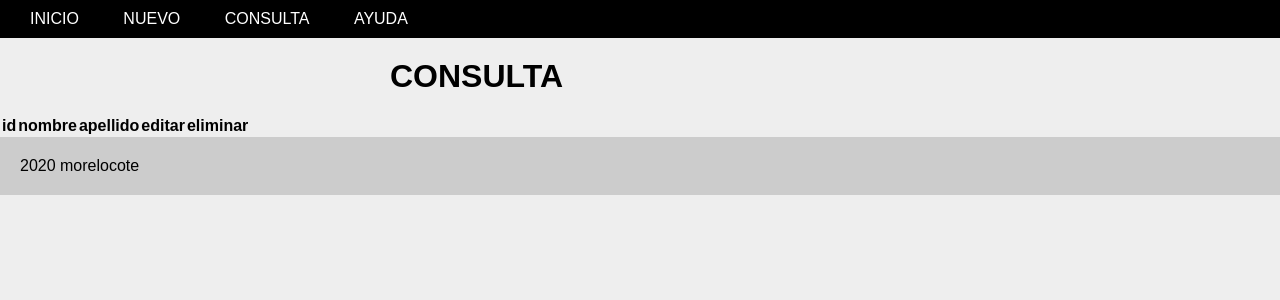
Repository: edgarhdzp/crud-php-poo-mvc-ajax
Page: http://localhost/poomvc/consulta
These files come from the project's save history. The page is drawn as it stood at one moment and after the next save; the edit follows.
The browser window is 1280 px wide. The pictures show the whole page.
The page is run by PHP 8.4 with error messages shown; the project is at /var/www/html/. Queries for data that is not in the repository find no rows.

Above is the page before, as saved 2020-06-25 18:24:46.

After the next save:
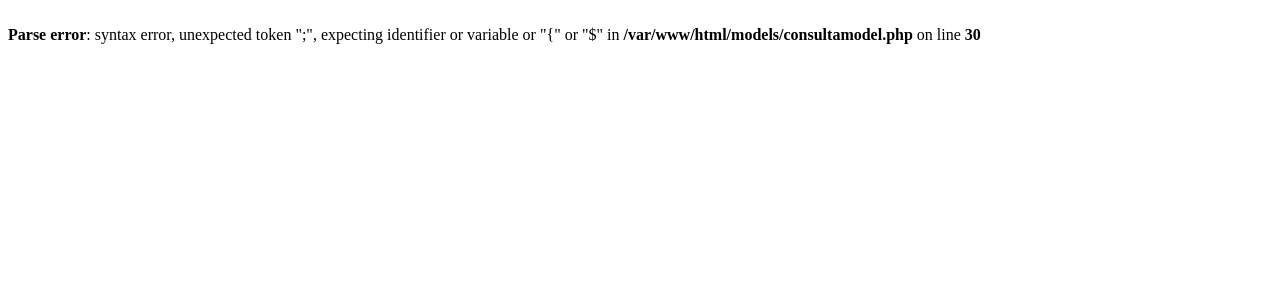
Saved 4 s later.
--- a/models/consultamodel.php
+++ b/models/consultamodel.php
@@ -27,7 +27,7 @@
     }
     public function getById(){
         $item = new Alumno();
-        $query = $this->b;
+        $query = $this->db->;
     }
 }
 

After the 2 saves that followed:
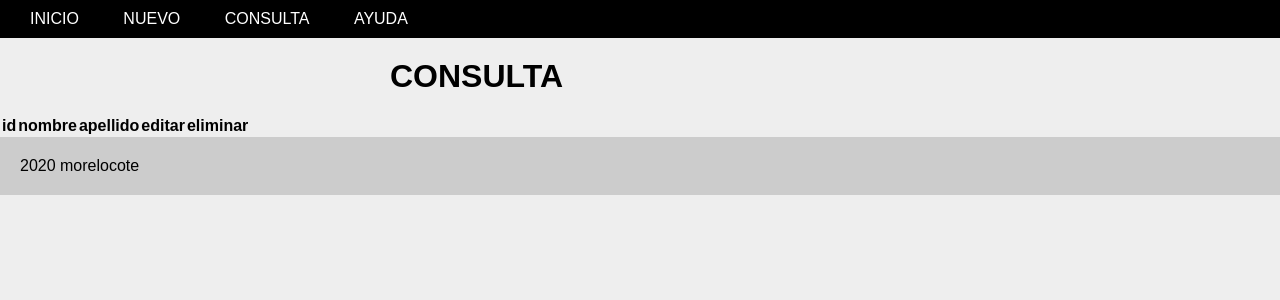
The 2 saves are shown as one change because they came seconds apart.
The last was saved 6 s later.
--- a/models/consultamodel.php
+++ b/models/consultamodel.php
@@ -27,7 +27,7 @@
     }
     public function getById(){
         $item = new Alumno();
-        $query = $this->db->;
+        $query = $this->db->connect();
     }
 }
 
